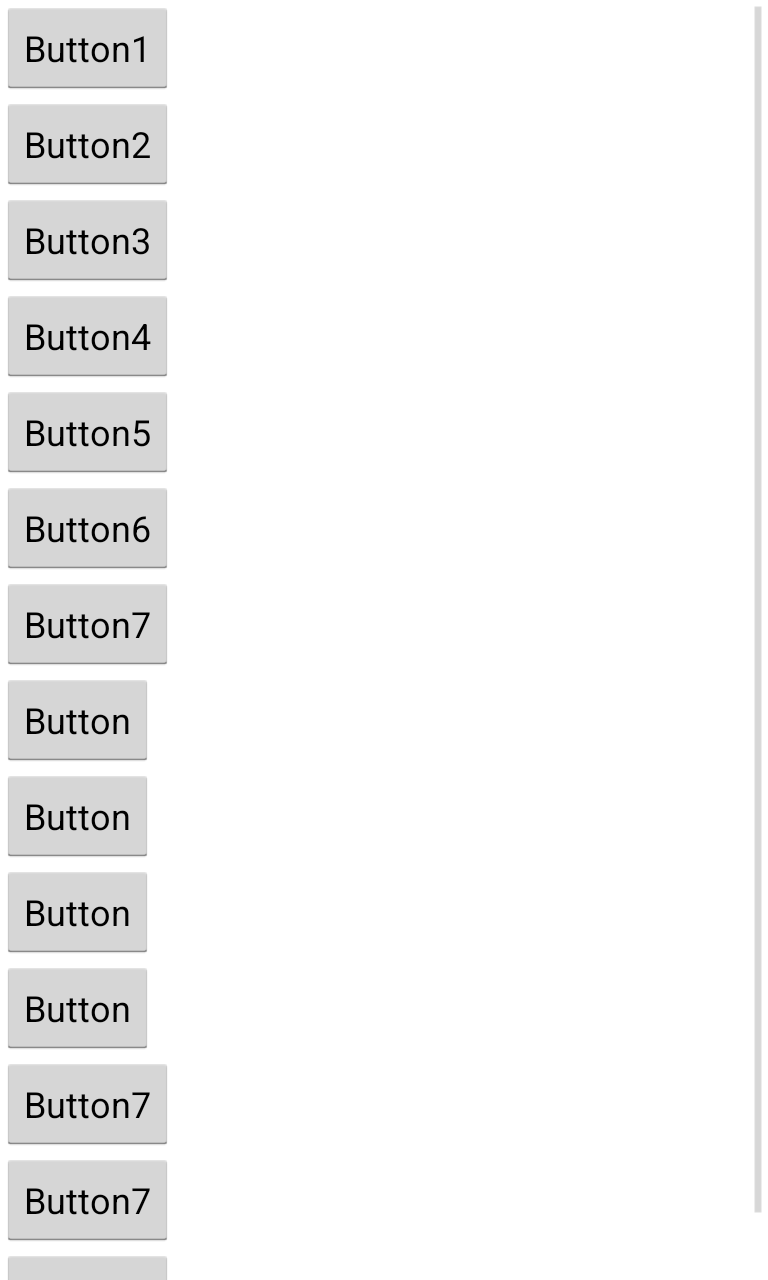
Repository: aojue/HappyAA
Layout: HappyAA/res/layout/tell_history.xml
An editor plug-in stored every save of this project. The layout is shown before and after the next save, followed by the edit.
It is drawn on a 768 x 1280 px phone screen (xhdpi) without system bars, with theme AppTheme; the app's code is not run.

Above is the layout before, as saved 2014-10-25 07:23:24.

After the next save:
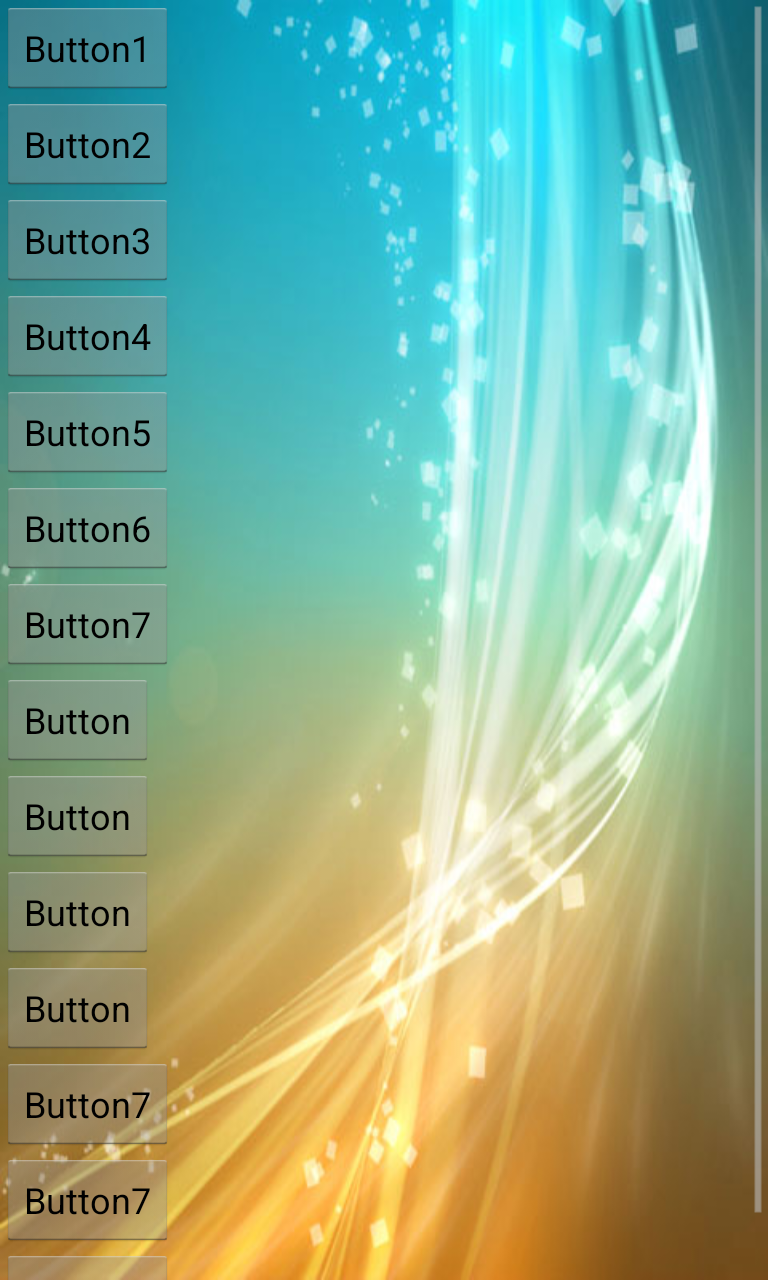
Saved 41 s later.
--- a/HappyAA/res/layout/tell_history.xml
+++ b/HappyAA/res/layout/tell_history.xml
@@ -3,7 +3,8 @@
     xmlns:tools="http://schemas.android.com/tools"
     android:layout_width="match_parent"
     android:layout_height="match_parent"
-    tools:context=".TellHistory" >
+    tools:context=".TellHistory"
+    android:background="@drawable/ic_lb_a" >
 
     <ScrollView
         android:id="@+id/scrollView1"
